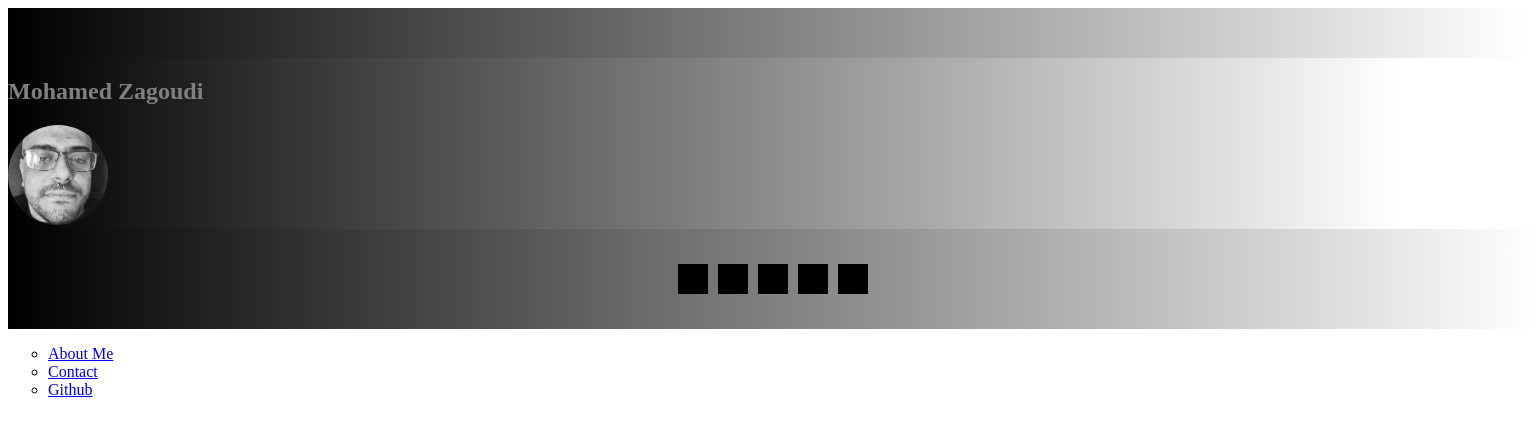
Repository: Mohzagou/Eersteportofolio
Page: index.html
An editor plug-in stored every save of this project. The page is shown before and after the next save, followed by the edit.
The browser window is 1280 px wide. The page is 1537 px wide, so the pictures cover 1537 px, including what lies to the right of the window. The pictures show the whole page.

Above is the page before, as saved 2022-06-07 22:43:47.

### index.html
<!DOCTYPE html>


<head>
    <link rel="stylesheet" href="styles.css" />
    <meta charset="UTF-8">

    <title>Document</title>
</head>

<body>

    <header></header>
    <div class="about-me">
        <h2 id="name">Mohamed Zagoudi</h2>
        <img class="avatar" src="images/67gwzvy.jpeg" alt="Mohamed Zagoudi headshot">


        <section>
            <div class="test"></div>
            <div class="test"></div>
            <div class="test"></div>
            <div class="test"></div>
            <div class="test"></div>
        </section>
        <footer>
            <ul style="list-style-type: circle ">
                <li><a href=" ">About Me</a></li>
                <li><a href=" ">Contact</a></li>
                <li><a href="https://github.com/Mohzagou ">Github</a></li>

            </ul>

        </footer>



</body>



</html>

### styles.css
body {
    display: flex;
    flex-direction: column;
}

header {
    width: 120%;
    height: 50px;
    background-image: linear-gradient(to right, black, grey, white);
    /*background-color: rgb(113, 74, 145);*/
}

section {
    width: 110%;
    height: 100px;
    background-image: linear-gradient(to right, black, grey, white);
    background-color: #234def;
    display: flex;
    align-items: center;
    justify-content: center;
}

.about-me {
    width: 110%;
    height: 200px;
    background-image: linear-gradient(to right, black, grey, white);
    /*background-color: rgb(177, 69, 21, 0.8);*/
    /*margin: 10px 0 10px 0;
    border: solid black 10px;
    border-radius: 15px;*/
}

.avatar {
    width: 100px;
    border-radius: 50px;
}

#name {
    color: grey;
}

.test {
    width: 30px;
    height: 30px;
    background-color: black;
    margin: 5px;
}

After the next save:
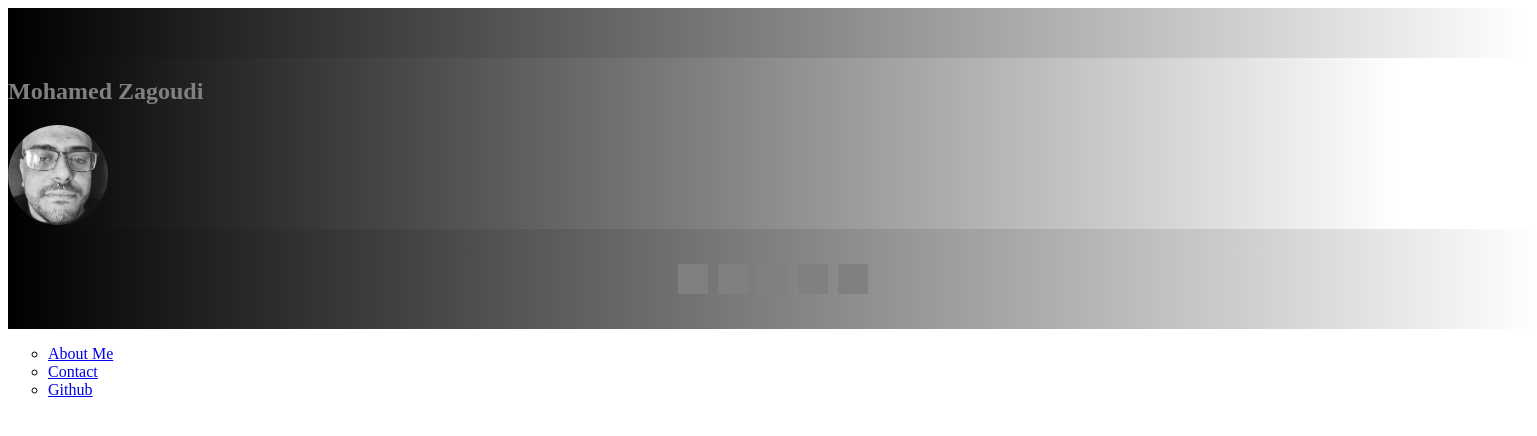
Saved 17 s later.
--- a/styles.css
+++ b/styles.css
@@ -42,6 +42,6 @@ section {
 .test {
     width: 30px;
     height: 30px;
-    background-color: black;
+    background-color: grey;
     margin: 5px;
 }
